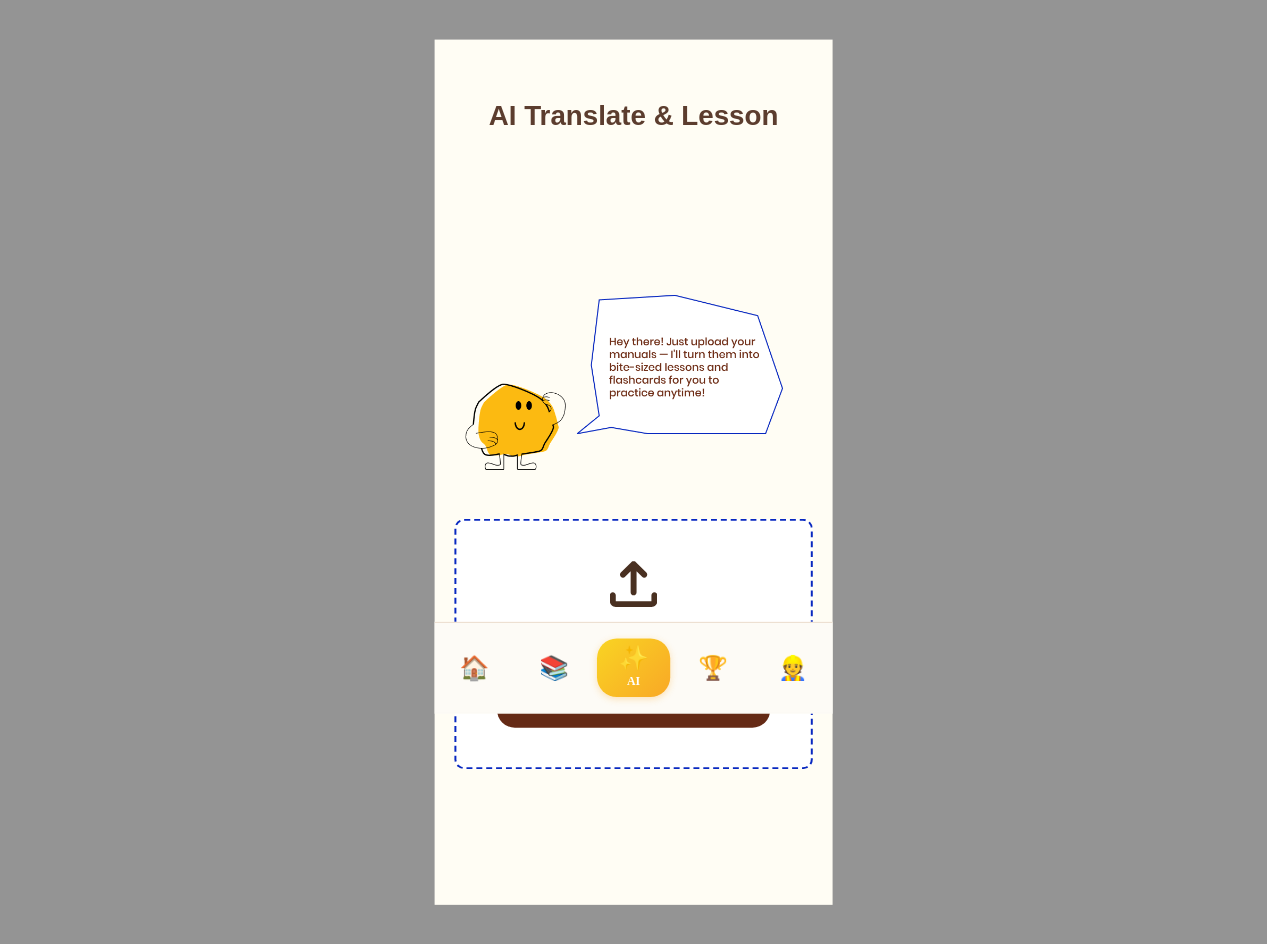
Repository: richelletiongson/Jargon_FrontendShowcase
Page: / (app in jargon_frontend/)
The author's editor kept a copy of each file at every save. The page is drawn from the files as they stood at one save, then again after the next save.
The browser window is 1280 px wide. The pictures show the whole page, at 99% of full size.
The project was rebuilt for these pictures with package versions that can differ from the ones it lists, and the page was loaded fresh each time. Also part of the build but not shown: jargon_frontend/vite.config.js, jargon_frontend/src/index.css, jargon_frontend/src/home_pages/Home.jsx, jargon_frontend/src/course_pages/Course.jsx, jargon_frontend/src/charts_pages/Charts.jsx, jargon_frontend/src/profile_pages/Profile.jsx.

Above is the page before, as saved 2025-10-22 16:49:25.

After the next save:
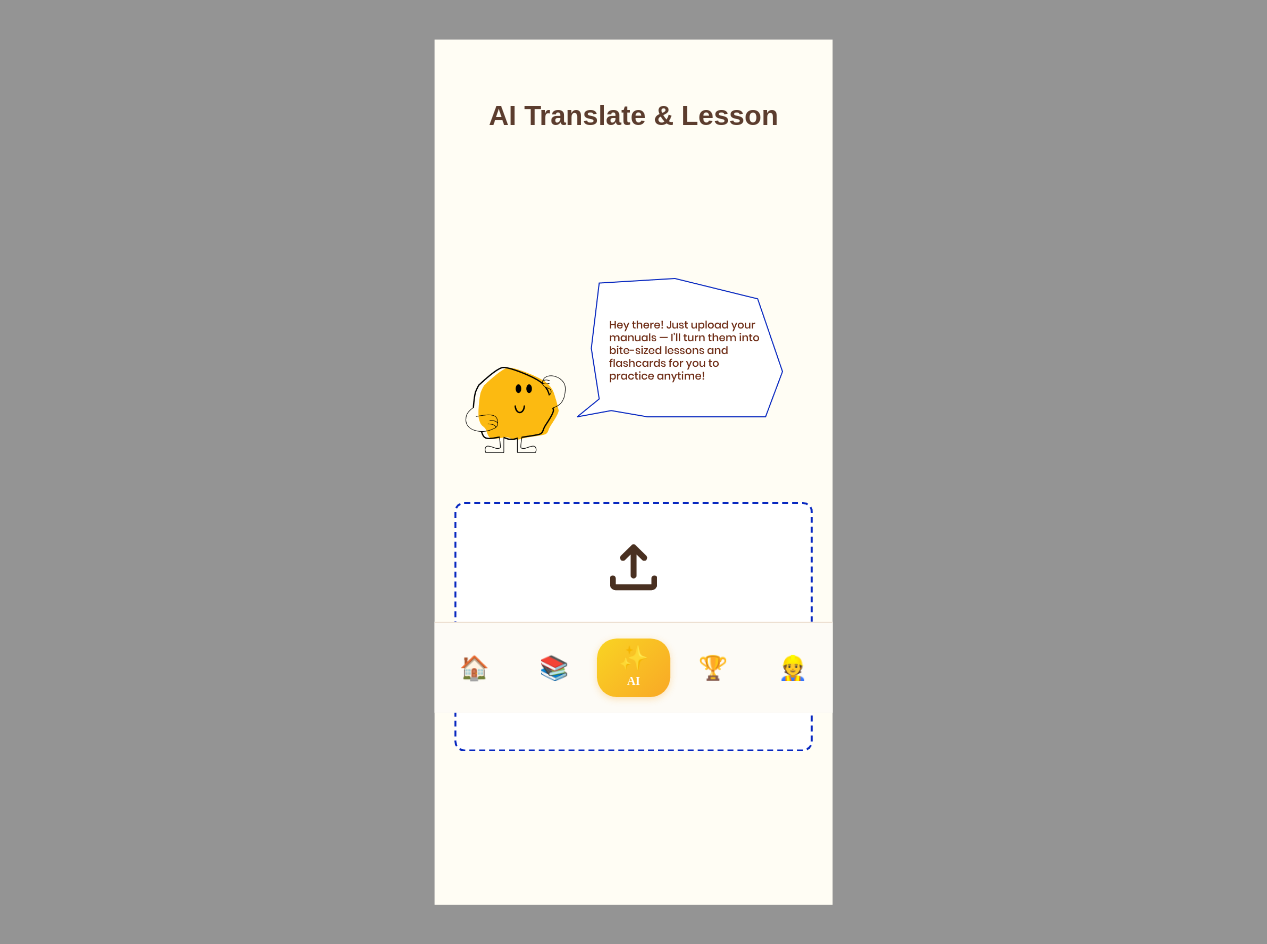
Saved 3 min 3 s later.
--- a/jargon_frontend/src/ai_pages/AI.css
+++ b/jargon_frontend/src/ai_pages/AI.css
@@ -46,7 +46,7 @@
   width: 100%;
   max-width: 400px;
   margin: 0 auto;
-  padding-bottom: 40px;
+  padding-bottom: 75px;
 }
 
 .file-upload-area {
